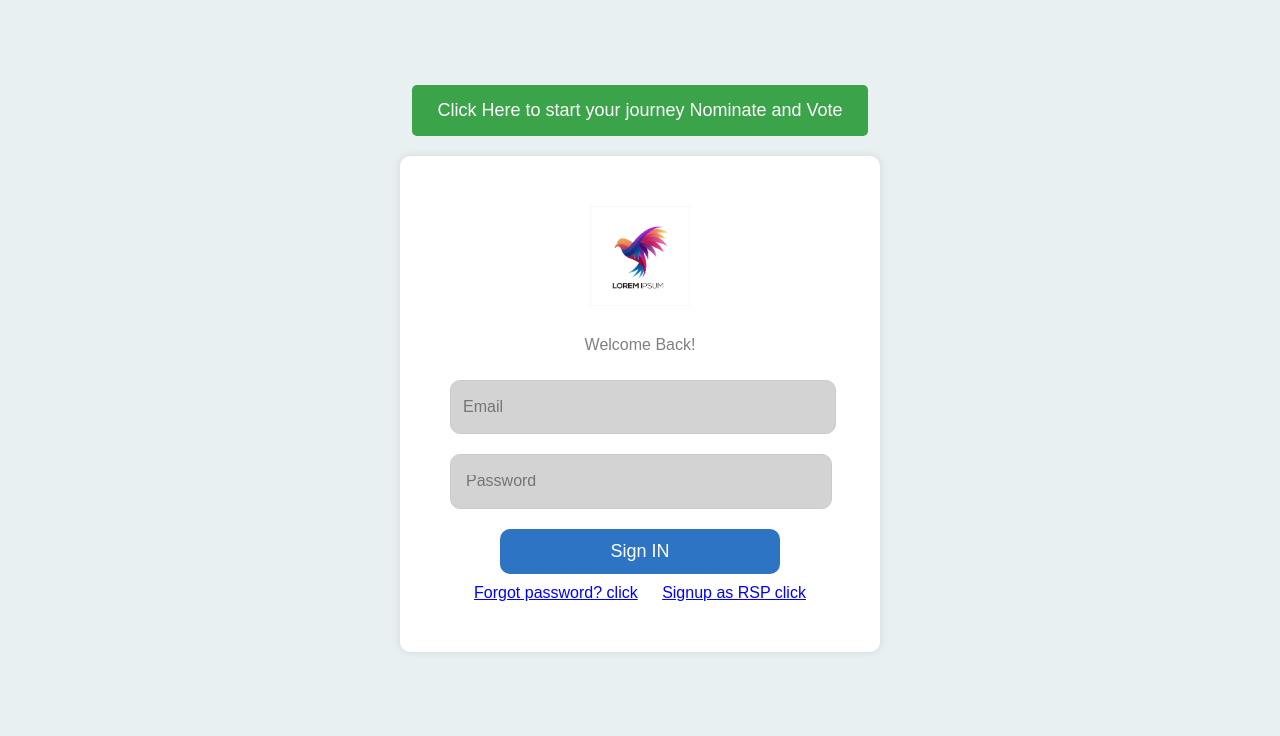
Repository: Femi007-gh/welcome
Page: index.html
The author's editor kept a copy of each file at every save. The page is drawn from the files as they stood at one save, then again after the next save.
The browser window is 1280 px wide. The pictures show the whole page.
Some web libraries are served in a nearby version.

Above is the page before, as saved 2025-03-10 18:22:20.

### index.html
<!DOCTYPE html>
<html lang="en">
<head>
    <meta charset="UTF-8">
    <meta name="viewport" content="width=device-width, initial-scale=1.0">
    <title>Login Page</title>
    <script src="https://kit.fontawesome.com/a076d05399.js" crossorigin="anonymous"></script>
    <style>
        body {
            font-family: Arial, sans-serif;
            background-color: #e8f0f2;
            display: flex;
            justify-content: center;
            align-items: center;
            height: 100vh;
            flex-direction: column;
        }
        .green-button {
            background-color: #3ba349;
            color: white;
            padding: 15px 25px;
            border: none;
            border-radius: 5px;
            cursor: pointer;
            margin-bottom: 20px;
            font-size: 18px;
        }
        .container {
            background-color: white;
            padding: 50px;
            border-radius: 10px;
            box-shadow: 0 0 10px rgba(0, 0, 0, 0.1);
            text-align: center;
            width: 380px;
        }
        .container img {
            width: 100px;
            margin-bottom: 10px;
        }
        p {
            color: gray;
        }
        input {
            width: calc(100% - 20px);
            padding: 12px;
            margin: 10px 0;
            border: 1px solid #ccc;
            border-radius: 10px;
            font-size: 16px;
            background: #d3d3d3;
        }
        .password-container {
            display: flex;
            align-items: center;
            background: #d3d3d3;
            border: 1px solid #ccc;
            border-radius: 10px;
            padding: 10px;
            width: calc(100% - 20px);
            margin: 10px 0;
        }
        .password-container input {
            border: none;
            outline: none;
            flex: 1;
            background: transparent;
            padding: 5px;
        }
        .password-container i {
            cursor: pointer;
            font-size: 18px;
            margin-left: 10px;
        }
        .sign-in-button {
            background-color: #2d74c4;
            color: white;
            padding: 12px;
            border: none;
            border-radius: 10px;
            cursor: pointer;
            width: 100%;
            font-size: 18px;
            margin-top: 10px;
            width: 280px;
        }
        .links {
            margin-top: 10px;
            font-size: 16px;
        }
        .links a {
            color: gray;
            text-decoration: none;
            margin: 0 10px;
        }
        .links a.underline {
            color: blue;
            text-decoration: underline;
        }
        .fit {
          height: 3px;
        }
        .lit{
          height: 28px;
        }
    </style>
</head>
<body>
    <button class="green-button">Click Here to start your journey Nominate and Vote</button>
    <div class="container">
        <img src="Logo.jpg" alt="Nigerian Shippers Council Logo">
        <p>Welcome Back!</p>
        <input type="email" placeholder="Email" class="lit">
        <div class="password-container">
            <input type="password" placeholder="Password" class="fit">
        </div>
        <button class="sign-in-button">Sign IN</button>
        <div class="links">
            <a href="#" class="underline">Forgot password? click</a>
            <a href="#" class="underline">Signup as RSP click</a>
        </div>
    </div>
</body>
</html>

After the next save:
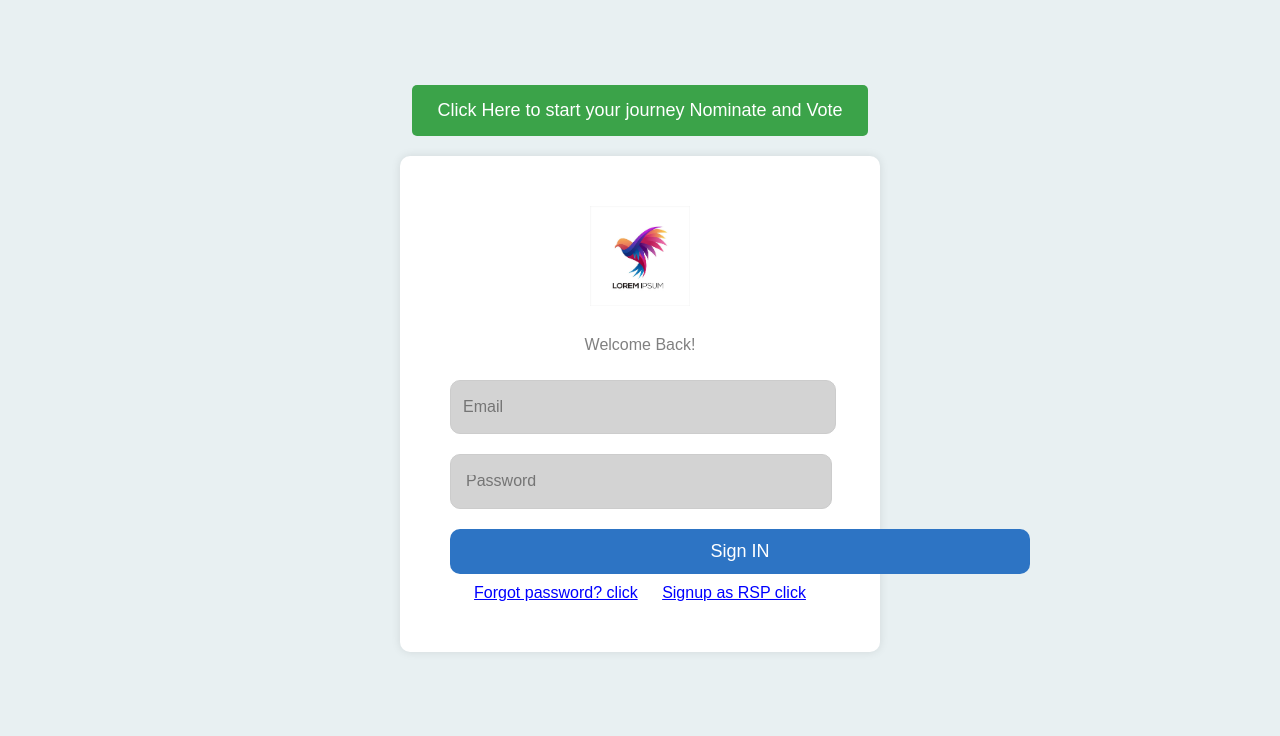
Saved 6 s later.
--- a/index.html
+++ b/index.html
@@ -81,7 +81,7 @@
             width: 100%;
             font-size: 18px;
             margin-top: 10px;
-            width: 280px;
+            width: 580px;
         }
         .links {
             margin-top: 10px;
